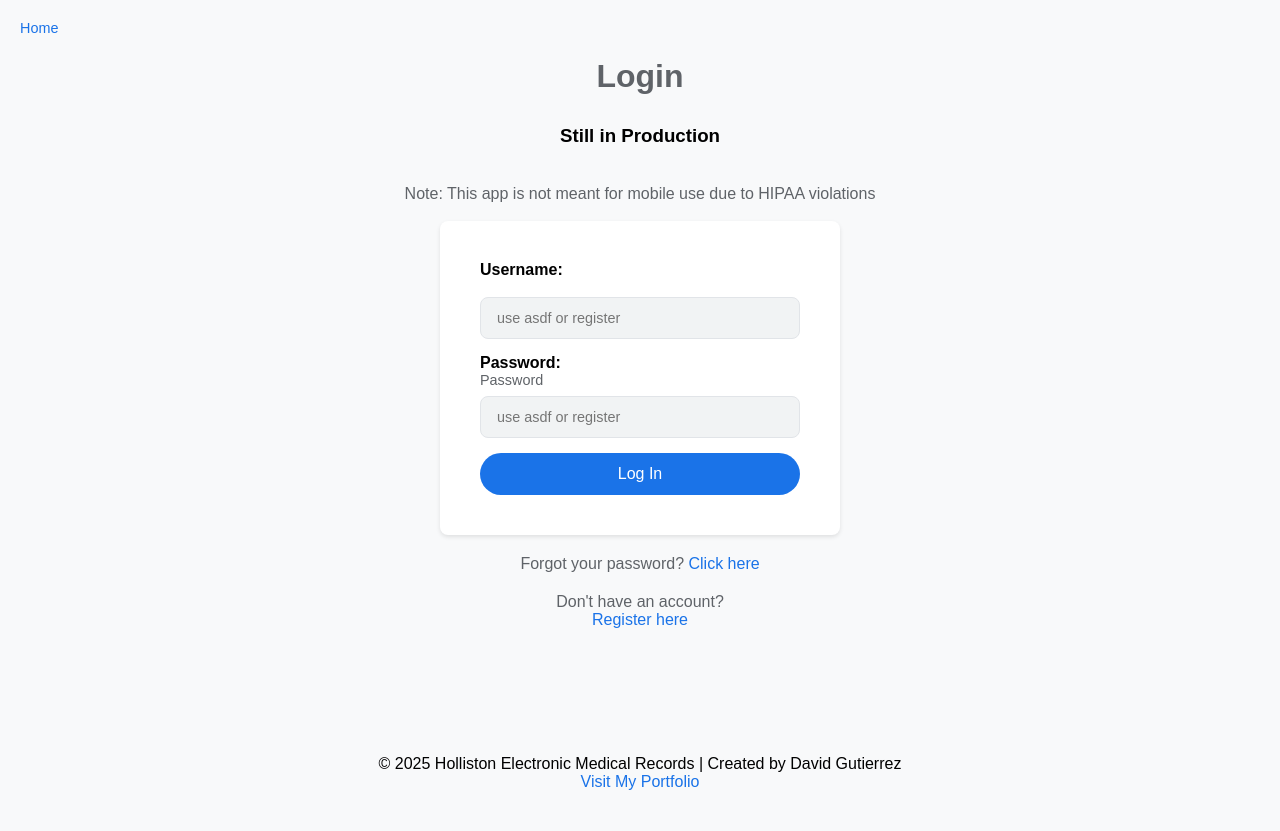
Repository: DavidG626/Flask-Project
Page: http://localhost/login?next=%2Fcpt%2Fcpt_codes
These files come from the project's save history. The page is drawn as it stood at one moment and after the next save; the edit follows.
The browser window is 1280 px wide. The pictures show the whole page.
The page is served by the project's application, run on Flask 3 (tempCodeRunnerFile.py). Other server files are loaded and not shown.

Above is the page before, as saved 2025-03-11 12:24:43.

### templates/login.html
<!DOCTYPE html>
<html lang="en">
<head>
    <meta charset="UTF-8">
    <meta name="viewport" content="width=device-width, initial-scale=1.0">
    <link rel="stylesheet" type="text/css" href="/static/login.css">

    <title>Login</title>

</head>
<body>
    <!-- Navigation -->
    <a class=home href="{{ url_for('home') }}">Home</a>
    {% with messages = get_flashed_messages(with_categories=true) %}
    {% if messages %}
      <ul>
        {% for category, message in messages %}
          <div class="{{ category }}">{{ message }}</div>
        {% endfor %}
      </ul>
    {% endif %}
  {% endwith %}<br>
    <!-- Login Form -->
    <h1>Login</h1>
    <h3>Still in Production</h3><br>
    <p>Note: This app is not meant for mobile use due to HIPAA violations</p><br>


    <form method="POST" action="">
        {{ form.hidden_tag() }}

        <legend>Login</legend>
          <!-- Render Username Field -->
          <h4>Username:</h4><br>
          <div>

            {{ form.username(class="form-input", placeholder="use asdf or register") }}

        </div>

         <!-- Render Password Field -->
         <h4>Password:</h4>
         <div>
            {{ form.password.label(class="form-label") }}
            {{ form.password(class="form-input", placeholder="use asdf or register") }}

        </div>

        <div>
            {{ form.submit(class="form-button") }}
        </div>
    </form>
    <!-- Forgot Password Link -->
    <p>Forgot your password? <a href="#">Click here</a></p>

    <!-- Registration Link -->
    <p>Don't have an account?</p>
    <a href="{{ url_for('login_register.register') }}" class="register-link">Register here</a>



    <br><br><br><br><br><br><br>

    <footer>
      <div >
          &copy; 2025 Holliston Electronic Medical Records | Created by David Gutierrez

      </div>
      <div >
          <a href="https://github.com/DavidG626/Flask-Project" class="register-link" target="_blank">Visit My Portfolio</a>
      </div>
    </footer>
</body>


</html>

### forms/provider_registration_form.py
from flask_wtf import FlaskForm
from wtforms import StringField, PasswordField, SubmitField, BooleanField, SelectField
from wtforms.validators import DataRequired, Length, Email, EqualTo
from flask import Blueprint, render_template, url_for, flash, redirect, session




# Registration
class RegistrationForm(FlaskForm):
    first_name = StringField('First Name',
    validators=[DataRequired(), Length(min=2, max=20)])

    last_name = StringField('Last Name',
    validators=[DataRequired(), Length(min=2, max=20)])

    username = StringField('username',
    validators=[DataRequired(), Length(min=2, max=20)])

    password = PasswordField('Password',
    validators=[DataRequired(), Length(min=2, max=20)])

    confirm_password = PasswordField('Confirm Password',
    validators=[DataRequired(), EqualTo('password', message= "Password Must Match")])

    email = StringField('email',
    validators=[DataRequired(), Email()])

    practice_name = StringField('Practice Name',
    validators=[DataRequired()])

    specialty = StringField('Specialty',
    validators=[DataRequired()])

    npi = StringField('NPI #',
    validators=[DataRequired()])

    medical_license = StringField('Medical License',
    validators=[DataRequired()])

    medical_title = SelectField('Medical Title',
    choices=[
        ('', 'Select your title'),
        ('MD', "MD"),
        ('PA', "PA"),
        ('NP', "NP"),
        ('DO', "DO"),
        ('DC', "DC"),

    ],
    validators=[DataRequired()])

    address = StringField('Address',
    validators=[DataRequired()])

    city = StringField('City',
    validators=[DataRequired()])

    zip_code = StringField('Zip Code',
    validators=[DataRequired()])

    state = StringField('State',
    validators=[DataRequired()])

    phone = StringField('Phone',
    validators=[DataRequired()])

    fax = StringField('Fax',
    validators=[DataRequired()])

    contact_name = StringField('Medical Assistant',
    validators=[DataRequired()])

    biller_name = StringField('Biller',
    validators=[DataRequired()])

    biller_email = StringField('Biller Email',
    validators=[DataRequired()])

    submit = SubmitField('Submit')


# Login
class LoginForm(FlaskForm):
    username = StringField('username',
    validators=[DataRequired()])
    password = PasswordField('Password',
    validators=[DataRequired()])
    remember = BooleanField('Remember Me')

    submit = SubmitField('Log In')

### routes/login_register.py
from flask import Blueprint, render_template, url_for, flash, redirect, session
from forms.provider_registration_form import RegistrationForm, LoginForm
from werkzeug.security import generate_password_hash, check_password_hash
from models.provider_info_models import Provider
from extensions import provider_info_db as db
from flask_login import login_user
from datetime import datetime  # Add this import

import sqlite3
import os



# Create the login_register blueprint
login_register = Blueprint('login_register', __name__)

@login_register.route("/register", methods=["GET", "POST"])
def register():
    form = RegistrationForm()

    if form.validate_on_submit():
        # Hash the password
        hashed_password = generate_password_hash(form.password.data)

        # Check for existing username
        existing_username = Provider.query.filter_by(username=form.username.data).first()
        if existing_username:
            flash('Username already exists. Please choose a different username.', 'danger')
            return render_template('register.html', title="Register", form=form)

        # Check for existing email
        existing_email = Provider.query.filter_by(email=form.email.data).first()
        if existing_email:
            flash('Email already registered. Please use a different email.', 'danger')
            return render_template('register.html', title="Register", form=form)

        # Create new Provider instance
        new_provider = Provider(
            first_name=form.first_name.data,
            last_name=form.last_name.data,
            username=form.username.data,
            email=form.email.data,
            password=hashed_password,
            medical_title=form.medical_title.data,
            specialty=form.specialty.data,
            npi=form.npi.data,
            medical_license=form.medical_license.data,
            practice_name=form.practice_name.data,
            address=form.address.data,
            city=form.city.data,
            state=form.state.data,
            zip_code=form.zip_code.data,
            phone=form.phone.data,
            fax=form.fax.data,
            contact_name=form.contact_name.data,
            biller_name=form.biller_name.data,
            biller_email=form.biller_email.data,
        )

        try:
            db.session.add(new_provider)
            db.session.commit()
            flash('Registration successful! Please log in.', 'success')
            return redirect(url_for('login_register.login'))
        except Exception as e:
            db.session.rollback()
            flash('An error occurred during registration. Please try again.', 'danger')
            print(f"Registration Error: {e}")

    return render_template('register.html', title="Register", form=form)

@login_register.route("/login", methods=["GET", "POST"])
def login():
    form = LoginForm()

    if form.validate_on_submit():
        # Get provider from the database based on the provided username
        provider = Provider.query.filter_by(username=form.username.data).first()

        if provider and check_password_hash(provider.password, form.password.data):
            # Successful login - store username in session and log in the user
            session['username'] = provider.username
            session['user_id'] = provider.id  # Add this
            session['last_active'] = str(datetime.now())  # Add this
            login_user(provider)  # This is needed for flask-login
            welcome_message = f"Logged in {provider.first_name} {provider.last_name}, {provider.medical_title}"
            flash(welcome_message)

            return redirect(url_for('dashboard.dashboard_view'))
        else:
            flash('Invalid username or password', 'danger')

    return render_template('login.html', title="Login", form=form)

### tempCodeRunnerFile.py
from flask import Flask, render_template, url_for, flash, redirect, jsonify
from datetime import timedelta
import os
from extensions import provider_info_db as db
from flask_login import LoginManager


# models
from models.auth_model import Auth
from models.cpt_model import CPTCode
from models.icd10_models import ICD10Code
from models.imaging_model import ImagingResult
from models.lab_model import LabResult
from models.misc_model import Misc
from models.operative_model import OperativeReport
from models.patient_medical_hx_models import Allergy, MedicalCondition, Surgery, Medication, PastMedicalHistory
from models.pr2_model import ProgressNote, ProgressNoteCPT, RequestForAuthorization, RFAItem
from models.provider_info_models import Provider
from models.wc_patient_models import Patient,  Employer, ClaimsAdmin, Lawyer

# routes
from routes.auth_routes import auth_bp
from routes.cpt_routes import cpt_bp
from routes.dashboard import dashboard_bp
from routes.icd10_routes import icd10_bp
from routes.imaging_routes import imaging_bp
from routes.lab_routes import labs_bp
from routes.login_register import login_register
from routes.misc_routes import misc_bp
from routes.operative_routes import operative_bp
from routes.progress_note_route import progress_note_bp
from routes.wc_patient_portal_routes import wc_patient_portal_bp



# Create the Flask app
app = Flask(__name__)


# Create instance directory
if not os.path.exists('instance'):
    os.makedirs('instance')

app.config['SECRET_KEY'] = os.environ.get('SECRET_KEY', 'torito')

# Simple database configuration
if os.environ.get('DATABASE_URL'):
    # Use PostgreSQL on Render when DATABASE_URL is set
    app.config['SQLALCHEMY_DATABASE_URI'] = os.environ.get('DATABASE_URL').replace('postgres://', 'postgresql://')
else:
    # Use SQLite otherwise (both locally and on Render when no DATABASE_URL)
    app.config['SQLALCHEMY_DATABASE_URI'] = 'sqlite:///provider_info_db.db'

app.config['SQLALCHEMY_TRACK_MODIFICATIONS'] = False

# Initialize db
db.init_app(app)

# Initialize Flask-Login
login_manager = LoginManager()
login_manager.init_app(app)
login_manager.login_view = 'login_register.login'  # Specify the login route
login_manager.login_message_category = 'info'      # Optional: style for login messages

@login_manager.user_loader
def load_user(user_id):
    return Provider.query.get(int(user_id))

# Set session lifetime to 30 minutes
app.permanent_session_lifetime = timedelta(minutes=30)

# register blueprints
app.register_blueprint(auth_bp, url_prefix='/auth')
app.register_blueprint(cpt_bp, url_prefix='/cpt')
app.register_blueprint(dashboard_bp, url_prefix='/dashboard')
app.register_blueprint(icd10_bp, url_prefix='/icd10')
app.register_blueprint(imaging_bp, url_prefix='/imaging')
app.register_blueprint(labs_bp, url_prefix='/labs')
app.register_blueprint(login_register)
app.register_blueprint(misc_bp, url_prefix='/misc')
app.register_blueprint(operative_bp, url_prefix='/operative')
app.register_blueprint(progress_note_bp, url_prefix='/progress_note')
app.register_blueprint(wc_patient_portal_bp, url_prefix='/wc_patient_portal')

# Home route
@app.route("/")
def home():
    return render_template('home.html')

# Create the database tables
with app.app_context():
    db.create_all()

# Run the app
if __name__ == "__main__":
    port = int(os.environ.get('PORT', 5005))
    app.run(host='0.0.0.0', port=port, debug=True)

### static/login.css
/* static/login.css */
html {
    font-size: 16px;
}

* {
    margin: 0;
    padding: 0;
    box-sizing: border-box;
    font-family: Arial, sans-serif;
}

body {
    background-color: #f8f9fa;
    display: flex;
    flex-direction: column;
    align-items: center;
    padding: 40px 20px;
}

.home {
    position: absolute;
    top: 20px;
    left: 20px;
    text-decoration: none;
    color: #1a73e8;
    font-size: 0.9rem;
}

.home:hover {
    text-decoration: underline;
}

h1 {
    color: #5f6368;
    margin-bottom: 30px;
    text-align: center;
}

form {
    background-color: white;
    border-radius: 8px;
    box-shadow: 0 2px 4px rgba(0, 0, 0, 0.1);
    padding: 40px;
    width: 100%;
    max-width: 400px;
}

legend {
    display: none;
}

.form-label {
    color: #5f6368;
    font-size: 0.9rem;
    margin-bottom: 8px;
    display: block;
}

.form-input {
    width: 100%;
    padding: 12px 16px;
    border: 1px solid #e1e4e8;
    border-radius: 8px;
    font-size: 0.9rem;
    background-color: #f1f3f4;
    margin-bottom: 15px;
    transition: border-color 0.3s ease;
}

.form-input:focus {
    outline: none;
    border-color: #1a73e8;
    box-shadow: 0 0 0 3px rgba(26, 115, 232, 0.1);
}

.form-button {
    width: 100%;
    padding: 12px;
    background: #1a73e8;
    color: white;
    border: none;
    border-radius: 24px;
    cursor: pointer;
    font-weight: 500;
    font-size: 1rem;
    transition: background-color 0.3s ease;
}

.form-button:hover {
    background-color: #185abc;
}

p {
    margin-top: 20px;
    color: #5f6368;
    text-align: center;
}

p a, body > a:last-child {
    color: #1a73e8;
    text-decoration: none;
    font-weight: 500;
}

p a:hover, body > a:last-child:hover {
    text-decoration: underline;
}
.register-link, .register-link:visited {
    color: #1a73e8;
    text-decoration: none;

    text-align: center;
    display: block;
  }

  .register-link:hover {
    color: #185abc;
  }

/* Responsive adjustments */
@media (max-width: 1600px) {
    html {
        font-size: 16px;
    }
}

@media (max-width: 1200px) {
    html {
        font-size: 16px;
    }
}

@media (max-width: 992px) {
    html {
        font-size: 14px;
    }
}

@media (max-width: 768px) {
    html {
        font-size: 12px;
    }

    form {
        padding: 20px;
        width: 95%;
    }
}

@media (max-width: 600px) {
    html {
        font-size: 10px;
    }
}

After the next save:
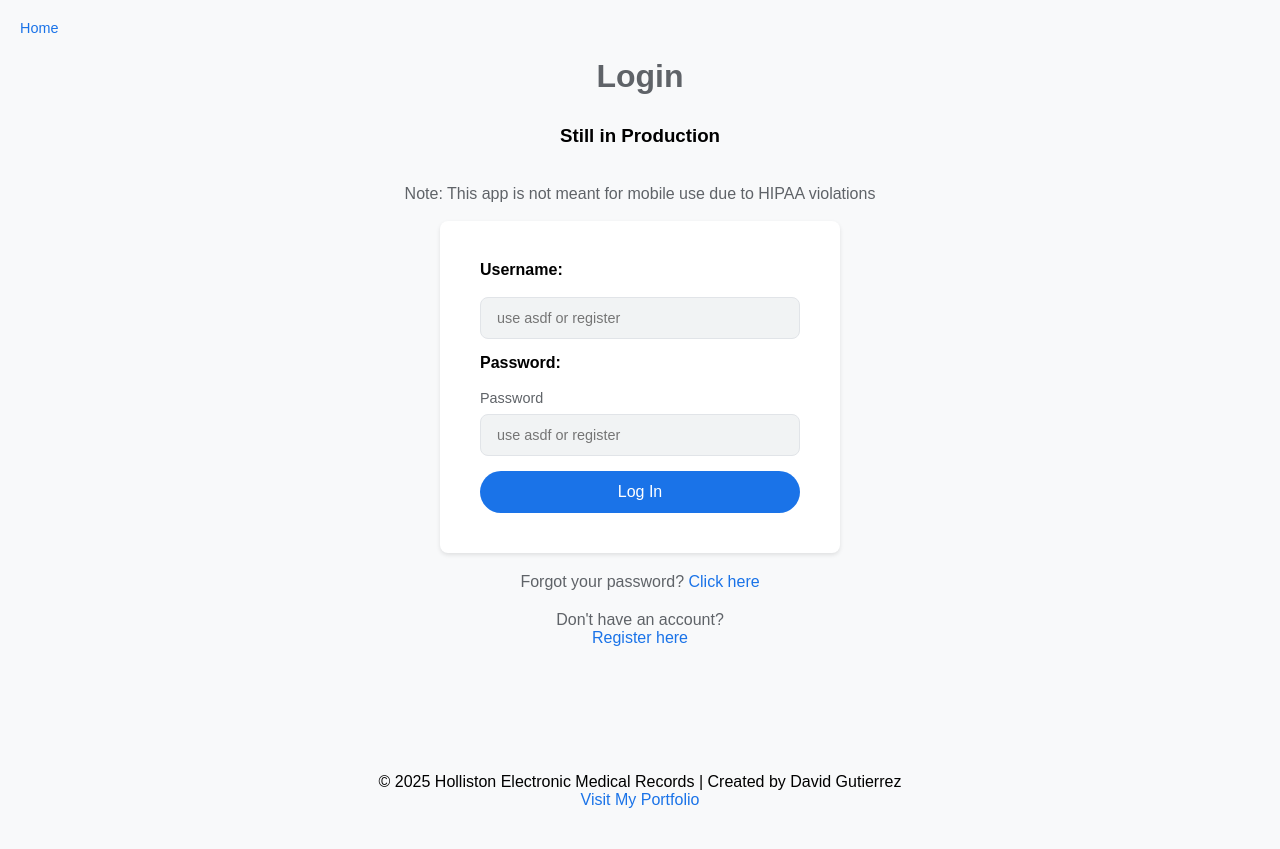
Saved 14 s later.
--- a/templates/login.html
+++ b/templates/login.html
@@ -40,7 +40,7 @@
 
          <!-- Render Password Field -->
          <h4>Password:</h4>
-         <div>
+         <div><br>
             {{ form.password.label(class="form-label") }}
             {{ form.password(class="form-input", placeholder="use asdf or register") }}
 
